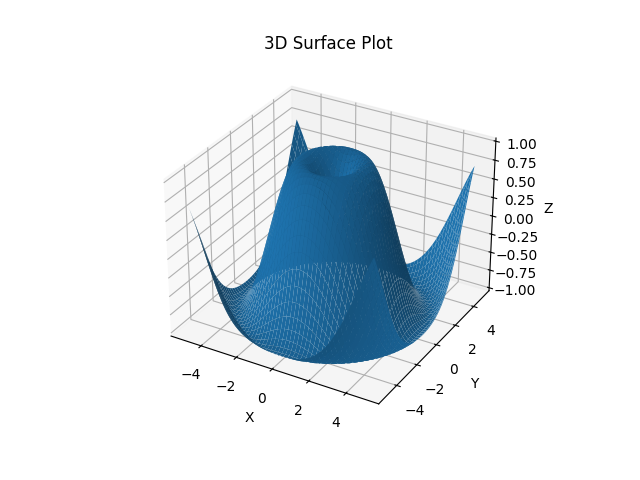
Repository: LimJieHan-2001/Python
Script's output: python pyramid.py
The author's editor kept a copy of each file at every save. The script's output is drawn from the files as they stood at one save, then again after a run of saves.
Random numbers start from a fixed seed.

Above is the script's output before, as saved 2024-03-10 02:39:37.

### pyramid.py
import numpy as np
import matplotlib.pyplot as plt
from mpl_toolkits.mplot3d import Axes3D

# Create data
x = np.linspace(-5, 5, 100)
y = np.linspace(-5, 5, 100)
x, y = np.meshgrid(x, y)
z = np.sin(np.sqrt(x**2 + y**2))

# Create a figure and a 3D axis
fig = plt.figure()
ax = fig.add_subplot(111, projection='3d')

# Plot the 3D surface
ax.plot_surface(x, y, z)

# Set axis labels
ax.set_xlabel('X')
ax.set_ylabel('Y')
ax.set_zlabel('Z')

# Set title
ax.set_title('3D Surface Plot')

# Show the plot
plt.show()

After the next 2 saves:
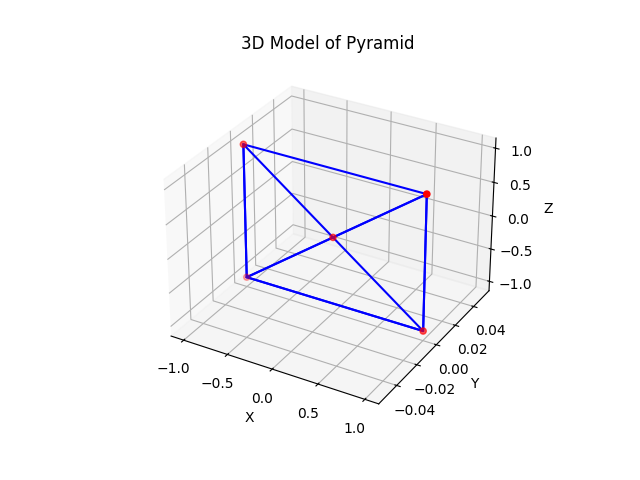
The 2 saves are shown as one change because 1 did not build or start.
The last was saved 8 min 43 s later.
--- a/pyramid.py
+++ b/pyramid.py
@@ -2,26 +2,43 @@ import numpy as np
 import matplotlib.pyplot as plt
 from mpl_toolkits.mplot3d import Axes3D
 
-# Create data
-x = np.linspace(-5, 5, 100)
-y = np.linspace(-5, 5, 100)
-x, y = np.meshgrid(x, y)
-z = np.sin(np.sqrt(x**2 + y**2))
+# Define the vertices of the pyramid
+vertices = np.array([
+    [0, 0, 0],   # Apex
+    [1, 0, 1],   # Base vertex 1
+    [1, 0, -1],  # Base vertex 2
+    [-1, 0, -1], # Base vertex 3
+    [-1, 0, 1]   # Base vertex 4
+])
 
-# Create a figure and a 3D axis
+# Define the triangular faces of the pyramid
+faces = np.array([
+    [0, 1, 2],
+    [0, 2, 3],
+    [0, 3, 4],
+    [0, 4, 1],
+    [1, 2, 3],
+    [1, 3, 4]    # Base face
+])
+
+# Create a new figure
 fig = plt.figure()
+
+# Add a 3D subplot
 ax = fig.add_subplot(111, projection='3d')
 
-# Plot the 3D surface
-ax.plot_surface(x, y, z)
+# Plot the vertices
+ax.scatter(vertices[:, 0], vertices[:, 1], vertices[:, 2], color='red')
 
-# Set axis labels
+# Plot the faces
+for face in faces:
+    ax.plot(vertices[face, 0], vertices[face, 1], vertices[face, 2], color='blue')
+
+# Set labels and title
 ax.set_xlabel('X')
 ax.set_ylabel('Y')
 ax.set_zlabel('Z')
-
-# Set title
-ax.set_title('3D Surface Plot')
+ax.set_title('3D Model of Pyramid')
 
 # Show the plot
 plt.show()
